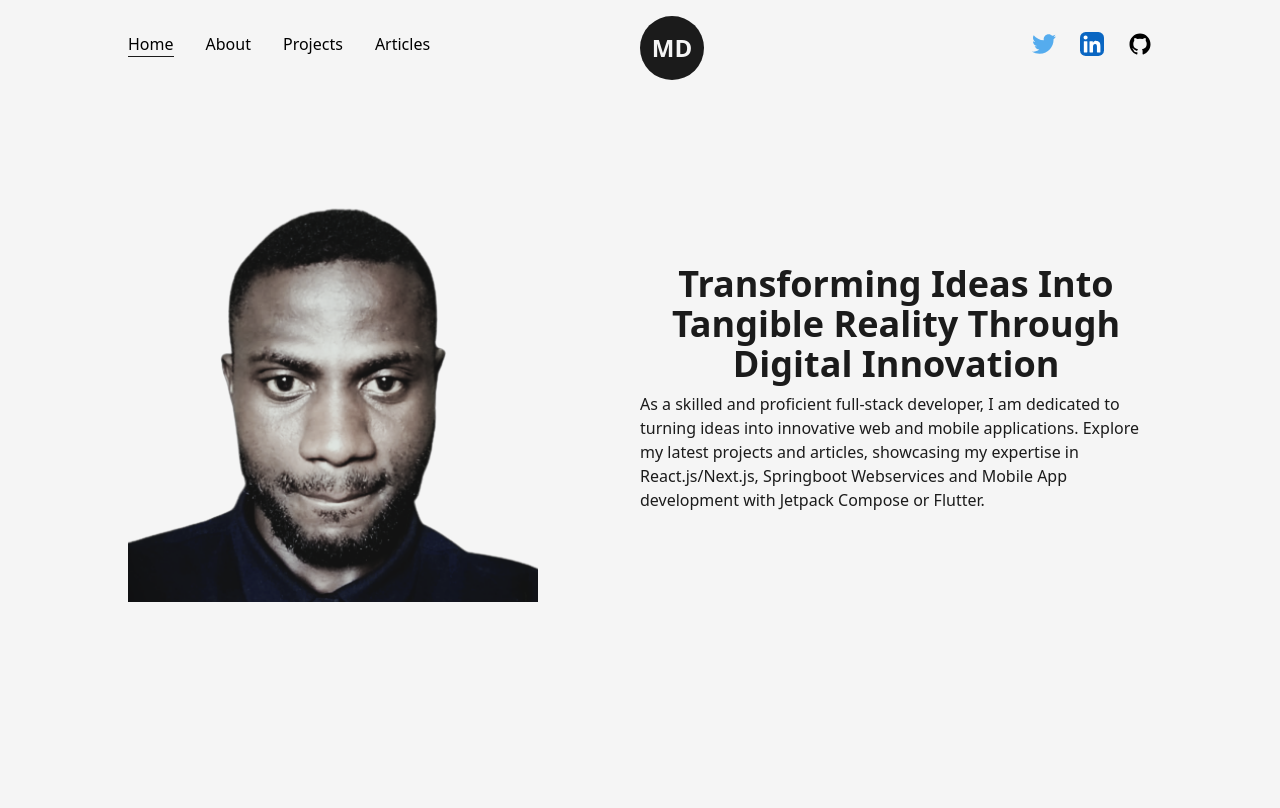
Repository: marcusdashe/situs
Page: /
The author's editor kept a copy of each file at every save. The page is drawn from the files as they stood at one save, then again after the next save.
The browser window is 1280 px wide. The pictures show the whole page.
The project was rebuilt for these pictures with package versions that can differ from the ones it lists, and the page was loaded fresh each time. The framework's server and built-in components were replaced by stand-ins that run in the browser.

Above is the page before, as saved 2023-06-15 17:44:57.

After the next save:
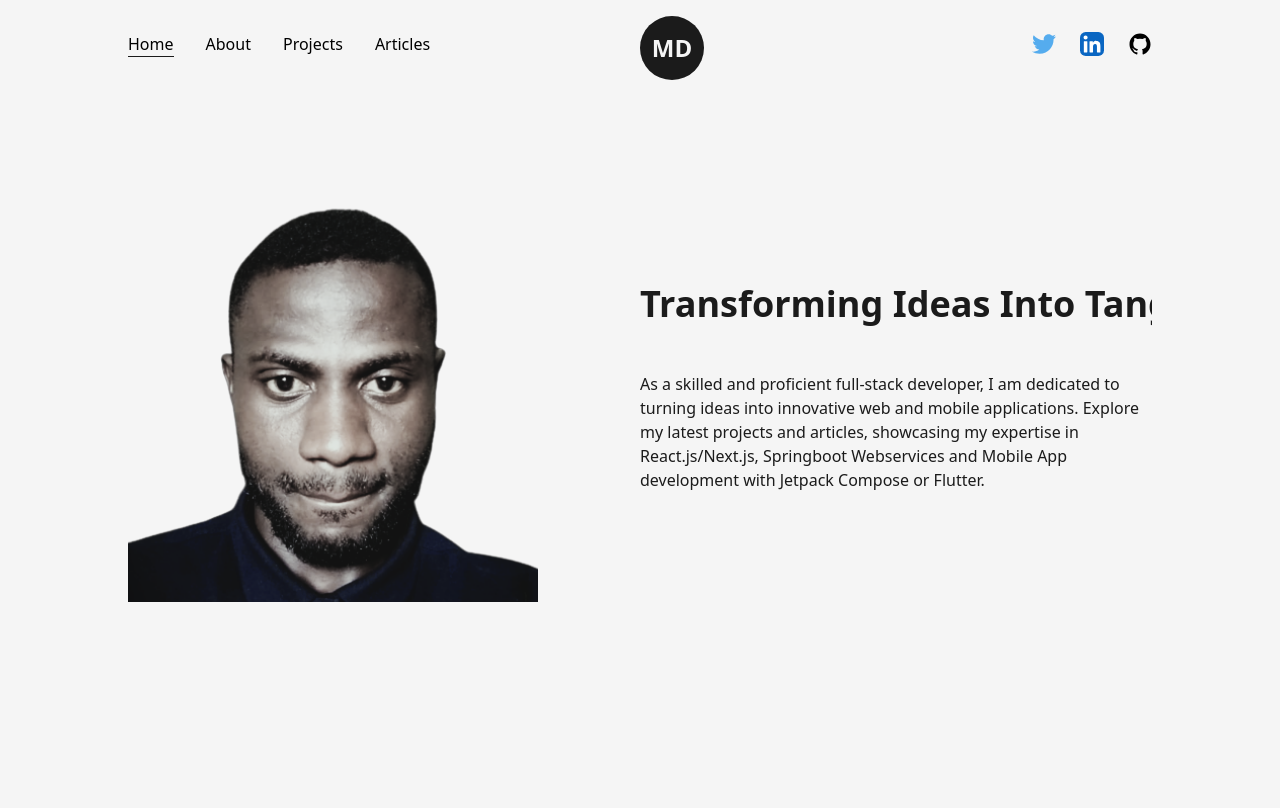
Saved 4 min 3 s later.
--- a/src/components/AnimatedText.jsx
+++ b/src/components/AnimatedText.jsx
@@ -6,7 +6,9 @@ const AnimatedText = ({ text, className = "" }) => {
       <h1
         className={`inline-block w-full text-dark font-bold capitalize text-4xl ${className}`}
       >
-        {text}
+        {text.split(" ").map((word, index) => (
+          <span>{word}&nbsp;</span>
+        ))}
       </h1>
     </div>
   );
